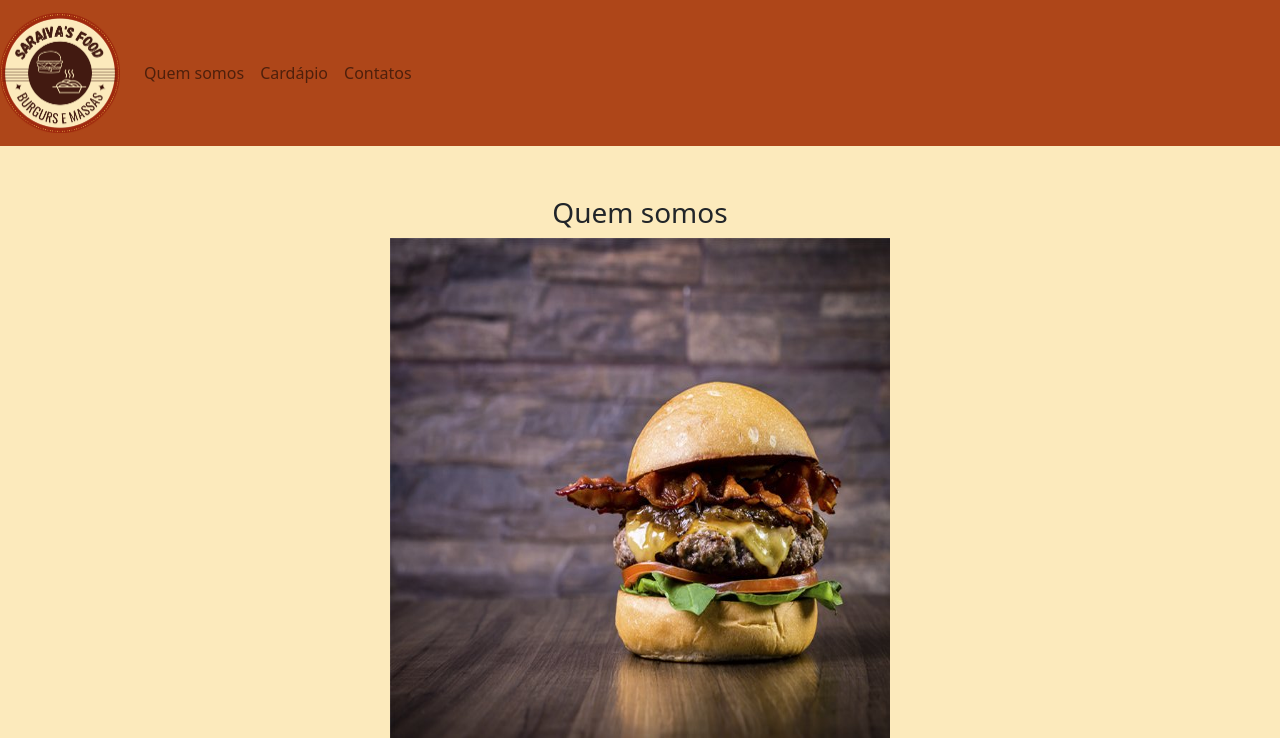
Repository: Tuanemendes/curso_bootstrap
Page: projeto1/index.html
An editor plug-in stored every save of this project. The page is shown before and after the next save, followed by the edit.
The browser window is 1280 px wide. The pictures show the whole page.

Above is the page before, as saved 2022-04-04 16:34:23.

### projeto1/index.html
<!DOCTYPE html>
<html lang="pt-br">

<head>
    <title>Saraiva's</title>
    <meta charset="utf-8">
     <link href="https://cdn.jsdelivr.net/npm/bootstrap@5.1.3/dist/css/bootstrap.min.css" rel="stylesheet" integrity="sha384-1BmE4kWBq78iYhFldvKuhfTAU6auU8tT94WrHftjDbrCEXSU1oBoqyl2QvZ6jIW3" crossorigin="anonymous">
        <link rel=" stylesheet" type="text/css" href="/css/style.css">
</head>

<body>
    <nav class="navbar navbar-expand-lg navbar-light">
        <a class="navbar-brand" href="#">
            <img src="/img/saraivasfood.png" alt="logo" width="120" height="120">
        </a>
        <div class="collapse navbar-collapse">
            <ul class="navbar-nav">
                <li class="nav-item">
                    <a class="nav-link " href="#"> Quem somos </a>
                </li>
                <li class="nav-item">
                    <a class="nav-link " href="#"> Cardápio </a>
                </li>
                <li class="nav-item">
                    <a class="nav-link " href="#"> Contatos </a>
                </li>
            </ul>
        </div>
    </nav>

    <section id="quemsomos">
        <div class="container-fluid quem-somos text-center margin">
            <h3>Quem somos</h3>
            <img src="/img/como-montar-uma-hamburgueria.jpg" alt="burgueria" width="500" height="500">
        </div>
    </section>
</body>

</html>

### css/style.css
.navbar{
    background-color: #ae4619;

}
.quem-somos{
    background-color: #fceabc;

}
.margin{
    padding-top:50px;

}

After the next save:
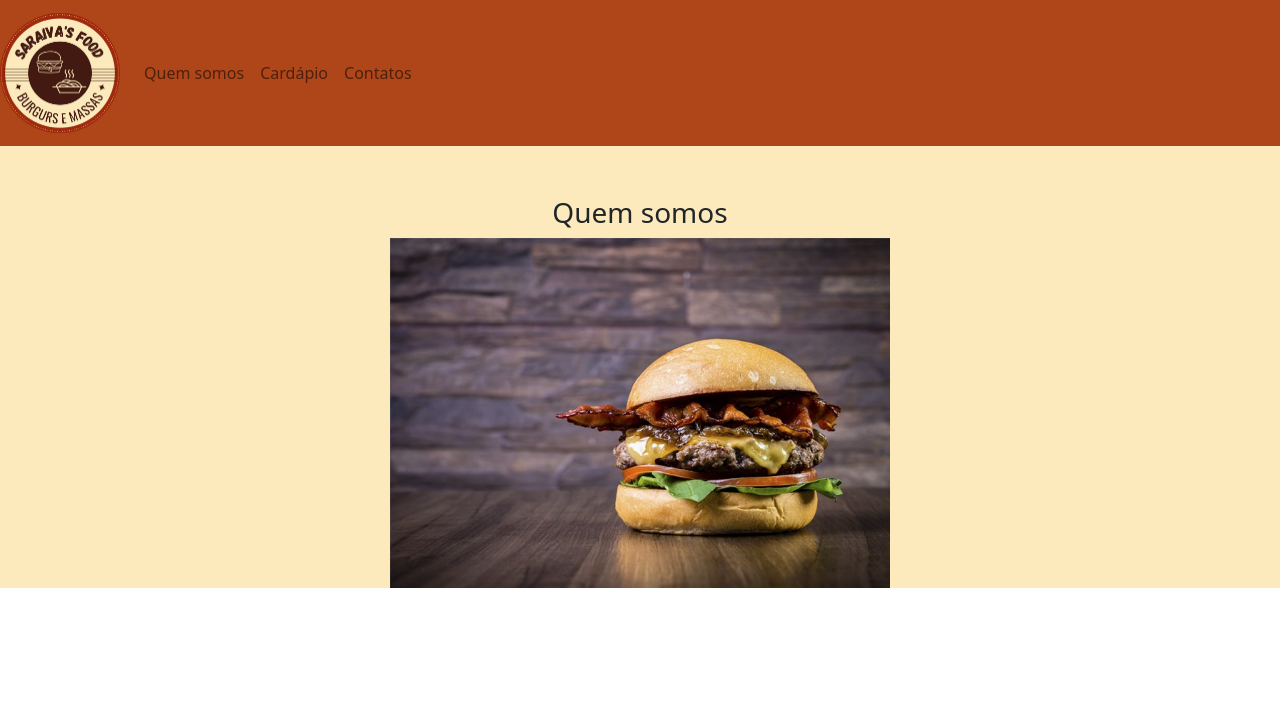
Saved 10 s later.
--- a/projeto1/index.html
+++ b/projeto1/index.html
@@ -31,7 +31,7 @@
     <section id="quemsomos">
         <div class="container-fluid quem-somos text-center margin">
             <h3>Quem somos</h3>
-            <img src="/img/como-montar-uma-hamburgueria.jpg" alt="burgueria" width="500" height="500">
+            <img src="/img/como-montar-uma-hamburgueria.jpg" alt="burgueria" width="500" height="350">
         </div>
     </section>
 </body>
